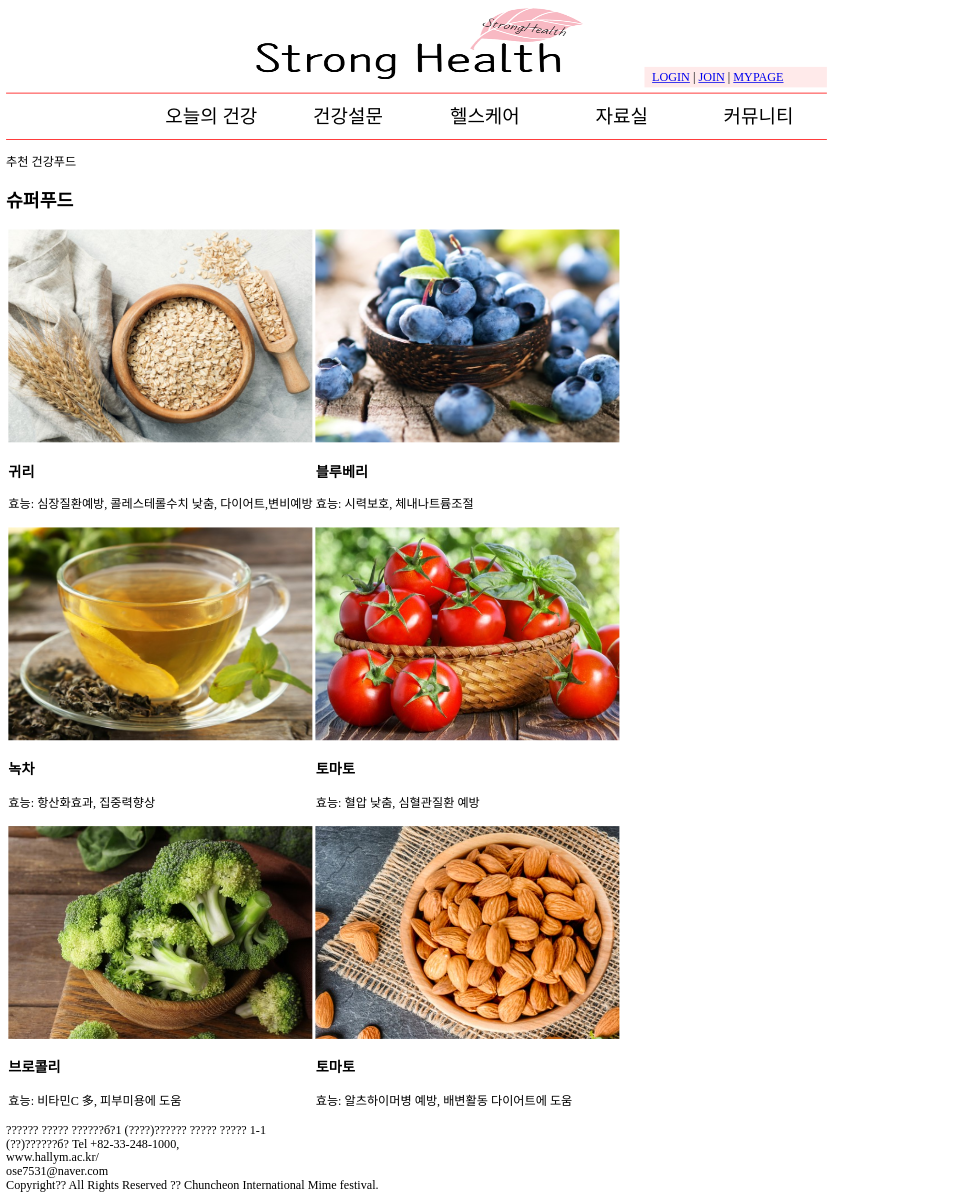
Repository: seeunOh/Webproject2018_StrongHealth
Page: http://localhost/StrongHealth/Healthcare_Food.jsp
The author's editor kept a copy of each file at every save. The page is drawn from the files as they stood at one save, then again after the next save.
The browser window is 1280 px wide. The pictures show the whole page, at 76% of full size.
The page is served by Tomcat 9. Other server files are loaded and not shown.

Above is the page before, as saved 2018-12-16 04:29:50.

### StrongHealth/WebContent/Healthcare_Food.jsp
<%@ page language="java" contentType="text/html; charset=EUC-KR"
    pageEncoding="EUC-KR"%>
<!DOCTYPE html>
<html>
<head>
<meta charset="EUC-KR">
<title>Insert title here</title>

<style>

/*
body{
width:1080px;
text-align:center;
}

#foodcontent{
width:900px;
height:1300px;
background: #FFEAEA;
float:right;
}

#aside{
height:100px;
width:180px;
font-size:28px;
background: #FF9595;
float:left;
color:white;
}*/
</style>

<script>
function next(){
}

</script>
</head>
<body>
<jsp:include page="Header.jsp"/>

<div id=aside>
<p>추천 건강푸드</p>
</div>

<%
int cnt=0;
String image[][] = {{"rnlfl","qmffnqpfl","shrck","xhakxh","qmfhzhffl","dkahsem"},
		{"todtjs","todtjs","todtjs","todtjs","todtjs","todtjs"}};
String title[] = {"귀리","블루베리","녹차","토마토","브로콜리","토마토"};
String content[] = {"효능: 심장질환예방, 콜레스테롤수치 낮춤, 다이어트,변비예방",
		"효능: 시력보호, 체내나트륨조절",
		"효능: 항산화효과, 집중력향상",
		"효능: 혈압 낮춤, 심혈관질환 예방",
		"효능: 비타민C 多, 피부미용에 도움",
		"효능: 알츠하이머병 예방, 배변활동 다이어트에 도움"
};
%>

<div id=foodcontent>
<h2>슈퍼푸드</h2>
<table border=0>
<%
for(int i=0; i<6; i=i+2){
	//out.print("<tr><td><td><img src=\"img/shrck.png\" width=400 height=280/></td><td>aa</td></tr>");
	out.print("<tr><td><img src=img/"+ image[cnt][i] +".png width=400 height=280/><h3>"+title[i]+"</h3><p>"+content[i]+
			"</p></td><td><img src=img/"+ image[cnt][i+1] +".png width=400 height=280/><h3>"+title[i+1]+"</h3><p>"+content[i+1]+"</p></td></tr>");
}
%>
</table>
<!--
<tr>
<td><img src="img/<% out.print(image[0]); %>.png" width=400 height=280/>
<h3>귀리</h3>
<p>효능: 심장질환예방, 콜레스테롤수치 낮춤, 다이어트,변비예방</p>
</td>
<td><img src="img/qmffnqpfl.png" width=400 height=280/>
<h3>블루베리</h3>
<p>효능: 시력보호, 체내나트륨조절</p>
</td>
</tr>
<tr>
<td><img src="img/shrck.png" width=400 height=280/>
<h3>녹차</h3>
<p>효능: 항산화효과, 집중력향상</p>
</td>
<td><img src="img/xhakxh.png" width=400 height=280/>
<h3>토마토</h3>
<p>효능: 혈압 낮춤, 심혈관질환 예방</p>
</td>
</tr>
<tr>
<td><img src="img/qmfhzhffl.png" width=400 height=280/>
<h3>브로콜리</h3>
<p>효능: 비타민C 多, 피부미용에 도움</p>
</td>
<td><img src="img/dkahsem.png" width=400 height=280/>
<h3>아몬드</h3>
<p>효능: 알츠하이머병 예방, 배변활동 다이어트에 도움</p>
</td>
</tr>
</table>

<input style='float:right;' type=button value="다음" onClick = "next()">
 -->




</div>
<jsp:include page="Footer.html"/>
</body>
</html>

### StrongHealth/WebContent/Header.jsp
<%@ page language="java" contentType="text/html; charset=EUC-KR"
    pageEncoding="EUC-KR"%>
<!DOCTYPE html>
<html>
<head>
<meta charset="EUC-KR">
<title>Insert title here</title>
<link rel="stylesheet" href="Header.css">

</head>
<body>

<div id=mainlogo>
<a href="Container.jsp"><img src="img/logoLast.PNG" width=450 height=100/></a>
<div id=Loheader>
<%
	if(session.getAttribute("id") == null){
		out.println("<div id=log><a href='Container.jsp?selected_page=login'>LOGIN</a><span> | </span><a href='Container.jsp?selected_page=join'>JOIN</a><span> | </span><a href='Container.jsp?selected_page=mypage'>MYPAGE</a></div>"); // MYPAGE는 삭제가 필요함.
	}
	else{
		out.println("<div id=log><a href='Container.jsp?selected_page=management'>" + session.getAttribute("name") + " 님" + "</a><span> | </span><a href='Logout.jsp'>LOGOUT</a><span> | </span><a href='Container.jsp?selected_page=mypage'>MYPAGE</a></div>");
	}
%>
</div>
</div>
	<div id=TM>
		<ul>
			<li>&nbsp</li>
			<li id="test1"><a id="test3"
				href="Container.jsp?selected_page=today">오늘의 건강</a></li>
			<li id="test1"><a id="test3"
				href="Container.jsp?selected_page=survey">건강설문</a></li>
			<li id="test1"><a id="test3" href="Healthcare_Food.jsp">헬스케어</a>
				<ul id="test2">
					<li id="test2Link"><a href="Healthcare_Food.jsp">추천 건강푸드</a></li>
					<li id="test2Link"><a href="Healthcare_Stretching.jsp">스트레칭</a></li>
					<li id="test2Link"><a href="Container.jsp?selected_page=music">추천음악</a></li>
				</ul>
			</li>
			<li id="test1"><a id="test3" href="#">자료실</a>
				<ul id="test2">
					<li id="test2Link"><a href="HealthNews.jsp">건강신문</a></li>
				</ul>
			</li>
			<li id="test1"><a id="test3"
				href="Container.jsp?selected_page=notice">커뮤니티</a>
				<ul id="test2">
					<li id="test2Link"><a
						href="Container.jsp?selected_page=notice">공지사항</a></li>
					<li id="test2Link"><a href="Container.jsp?selected_page=qna">Q&A</a></li>
				</ul>
			</li>
		</ul>
	</div>




	<!--
<div id=nav>
<div id=logo><a href="Container.jsp"><img src="img/logo.PNG" width=250 height=170/></a>
</div>-->
<!-- <p style='line-height : 0.6em;'>&nbsp</p> -->
<!-- <div id=search></div> -->
<!-- <div id = search><p>연관검색어 | 하루식단   스트레칭   자료실   추천도서   알코올자가진단   맞춤영양식단</p>
<input type="text" size=80> <input type="button" value="검색"></div> -->


</body>
</html>

### StrongHealth/WebContent/Footer.html

<!DOCTYPE html>
<html>
<head>
<meta charset="EUC-KR">
<title>Insert title here</title>
<style>


/*
#footer {
    background-color: white;
    width: 1080px;
    height: 100px;
    float:left;
    text-align:center;

}
#bottom {
    background-color: #FFEAEA;
    width: 1080px;
    height: 20px;
    clear: both;
    text-align:center;

}*/
</style>


</head>



<body>


<div id=footer>

<h7>강원도 춘천시 한림대학길1 (지번)강원도 춘천시 옥천동 1-1
<br>(사)한림대학교 Tel +82-33-248-1000,
<br>www.hallym.ac.kr/
<br>ose7531@naver.com</h7>

</div>

<div id="bottom">
<h7>Copyrightⓒ All Rights Reserved · Chuncheon International Mime festival.</h7>
</div>


</div>


</body>
</html>

### StrongHealth/WebContent/Header.css
@charset "EUC-KR";

body {
	width: 1080px;
}

#Loheader {
	width: 240px;
	float: right;
	heigth: 28px;
	background: #FFEAEA;
	margin: 80px 0px 0px 0px;
}

#log {
	float: right;
	width: 230px;
	line-height: 1.7em;
}

#mainlogo {
	width: 1080px;
}

#mainlogo img {
	margin: 0px 0px 0px 315px;
}

#TM {
	width: 1080px;
	height: 60px;
	border-top: 1px solid red;
	border-bottom: 1px solid red;
	font-size: 25px;
	text-align: center;
	margin: 10px 0px 10px 0px;
	line-height: 1.6em;
}

#TM ul {
	list-style: none;
	padding: 0px 0;
	margin: 0px;
}

#TM ul li {
	float: left;
	line-height: 2.5em;
	position: relative;
	width: 150px;
	padding: 0px 15px 0px 15px;
}

#test3 {
	text-decoration: none;
	display: block;
	width: 150px;
	color: black;
}

#test2 {
	position: absolute;
	display: none;
	overflow: hidden;
	background-color: black;
	opacity: 0.7;
	font-size: 15px;
}

#test1:hover .test2 {
	display: block;
}

#test2 a {
	text-decoration: none;
	color: white;
}

After the next save:
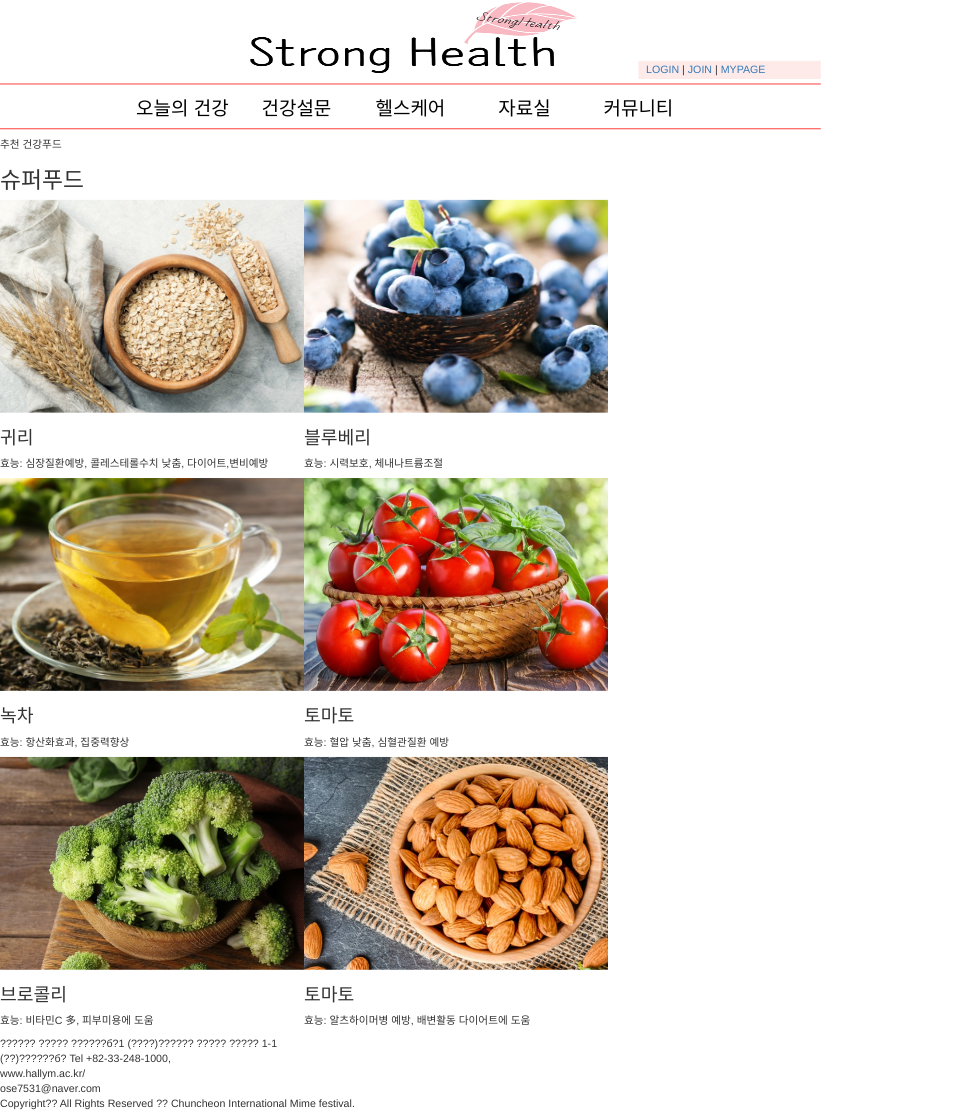
Console error (its wording comes from the project's code and is left out).
Saved 13 s later.
--- a/StrongHealth/WebContent/Header.jsp
+++ b/StrongHealth/WebContent/Header.jsp
@@ -6,6 +6,10 @@
 <meta charset="EUC-KR">
 <title>Insert title here</title>
 <link rel="stylesheet" href="Header.css">
+<link rel="stylesheet" href="https://maxcdn.bootstrapcdn.com/bootstrap/3.3.2/css/bootstrap.min.css">
+<link rel="stylesheet" href="https://maxcdn.bootstrapcdn.com/bootstrap/3.3.2/css/bootstrap-theme.min.css">
+<script src="https://maxcdn.bootstrapcdn.com/bootstrap/3.3.2/js/bootstrap.min.js"></script>
+
 
 </head>
 <body>

After the save that followed:
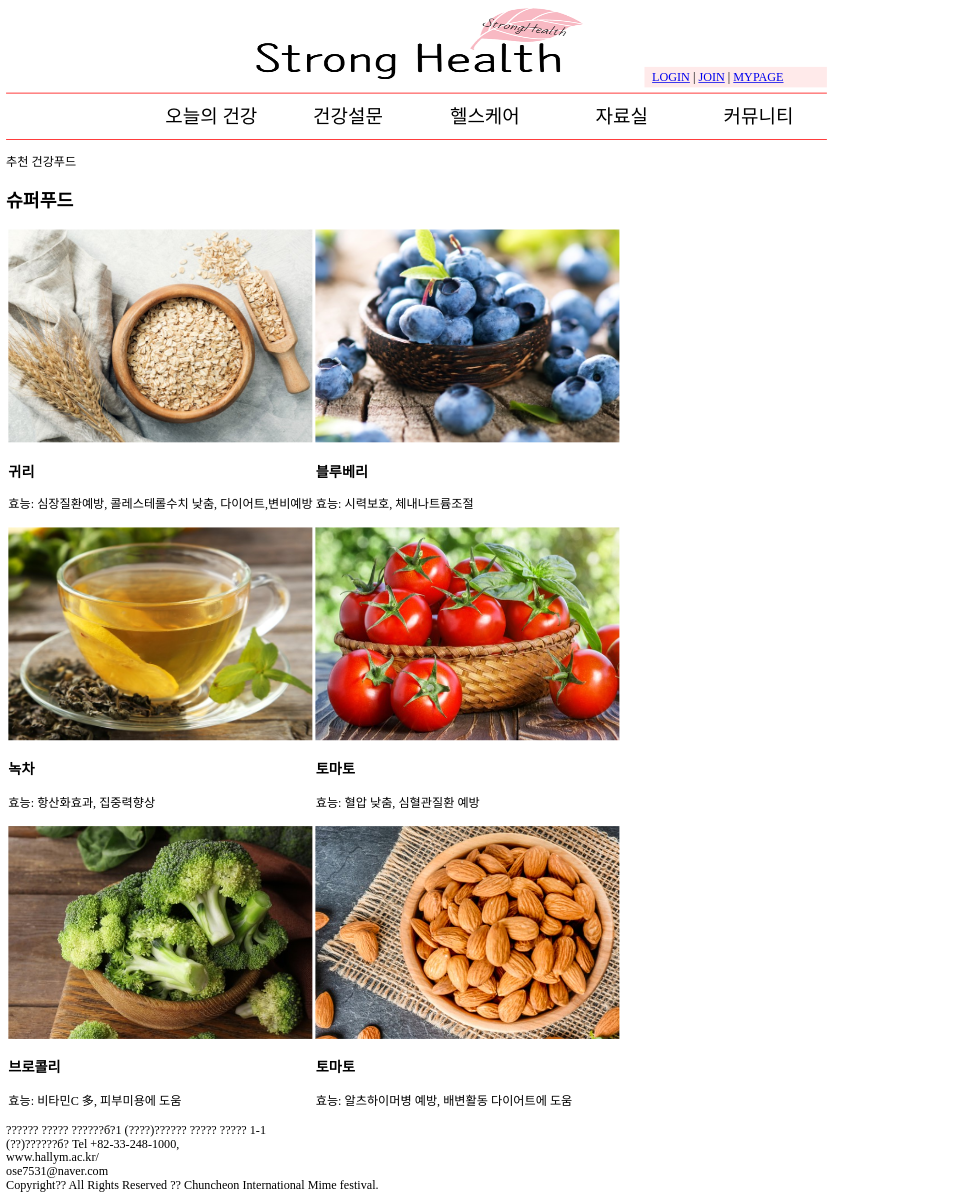
The error is gone.
Saved 19 s later.
--- a/StrongHealth/WebContent/Header.jsp
+++ b/StrongHealth/WebContent/Header.jsp
@@ -5,11 +5,8 @@
 <head>
 <meta charset="EUC-KR">
 <title>Insert title here</title>
+
 <link rel="stylesheet" href="Header.css">
-<link rel="stylesheet" href="https://maxcdn.bootstrapcdn.com/bootstrap/3.3.2/css/bootstrap.min.css">
-<link rel="stylesheet" href="https://maxcdn.bootstrapcdn.com/bootstrap/3.3.2/css/bootstrap-theme.min.css">
-<script src="https://maxcdn.bootstrapcdn.com/bootstrap/3.3.2/js/bootstrap.min.js"></script>
-
 
 </head>
 <body>
